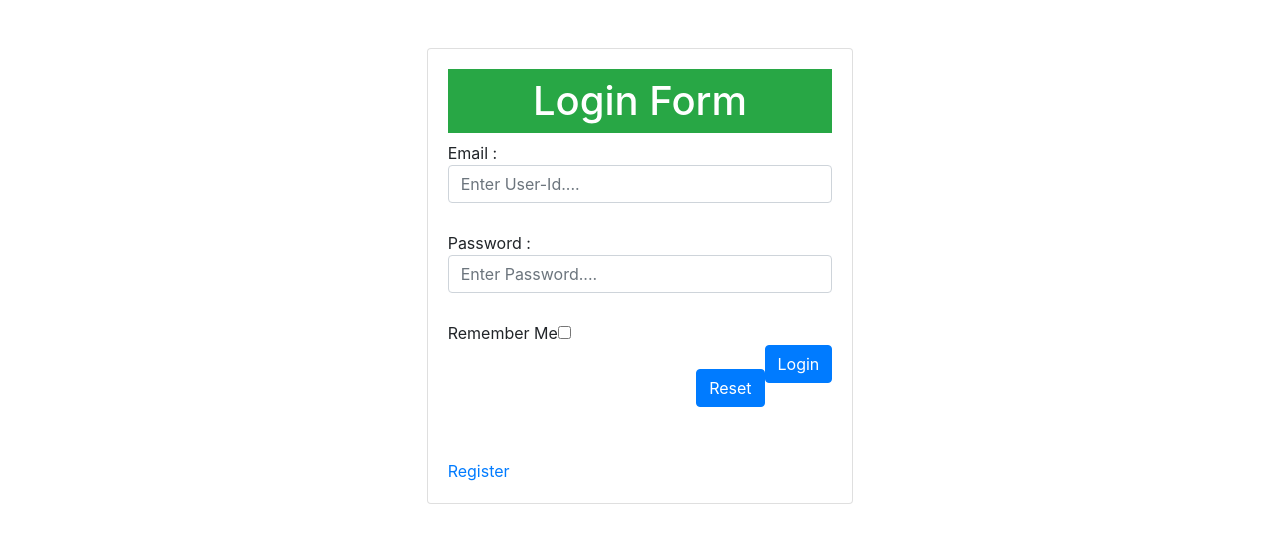
Repository: abhinavk718/servlet-project
Page: empwebapp/WebContent/login.html
The author's editor kept a copy of each file at every save. The page is drawn from the files as they stood at one save, then again after the next save.
The browser window is 1280 px wide. The pictures show the whole page.

Above is the page before, as saved 2019-11-15 12:09:11.

### empwebapp/WebContent/login.html
          <!DOCTYPE html>
<html>
<head>
<meta charset="ISO-8859-1">
<title>Login Here</title>
<link rel="stylesheet" href="./Bootstrap/bootstrap-4.3.1-dist/css/bootstrap.min.css">
</head>
<body>
<fieldset>
<form action="./login" class="col-md-4 offset-4 mt-5 mb-5 card card-body" method="post">
    <h1 class="text-center p-2 bg-success text-white" style="background-color: gray;">Login Form</h1>
    <div class="formgroup">
       Email : <input type="text" name="id"class="form-control mb-1" placeholder="Enter User-Id....">
    </div>
    <br>
    <div class="formgroup">
       Password : <input type="password" name="password" class="form-control mb-1" placeholder="Enter Password....">
    </div>
    <br>
    <div class="formgroup">
    Remember Me<input type="checkbox" value="checkbox">
    </div>
    <div class="formgroup">
        <button type="submit" class="btn btn-primary float-right mb-1" >Login</button><br>
         <button type="reset" class="btn btn-primary float-right mb-1" >Reset</button>
    </div>
    <br><br>
    <a href="./register.html"> Register</a>
</form>
</fieldset>
</body>
</html>

Loaded but not shown: empwebapp/WebContent/Bootstrap/bootstrap-4.3.1-dist/css/bootstrap.min.css (library)

After the next save:
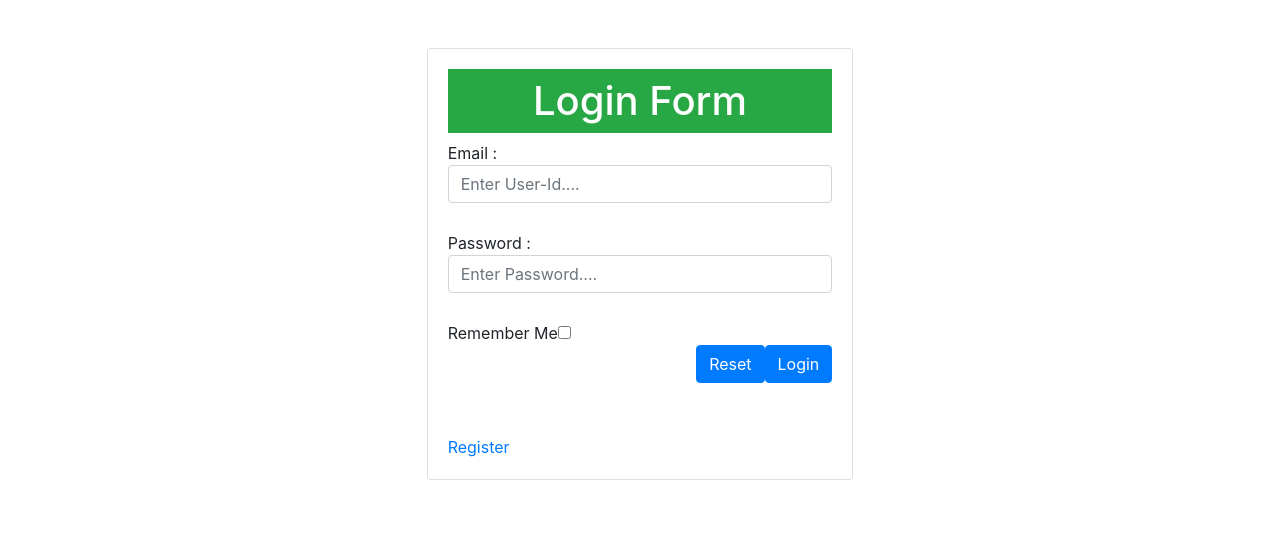
Saved 30 s later.
--- a/empwebapp/WebContent/login.html
+++ b/empwebapp/WebContent/login.html
@@ -21,7 +21,7 @@
     Remember Me<input type="checkbox" value="checkbox">
     </div>
     <div class="formgroup">
-        <button type="submit" class="btn btn-primary float-right mb-1" >Login</button><br>
+        <button type="submit" class="btn btn-primary float-right mb-1" >Login</button>
          <button type="reset" class="btn btn-primary float-right mb-1" >Reset</button>
     </div>
     <br><br>
